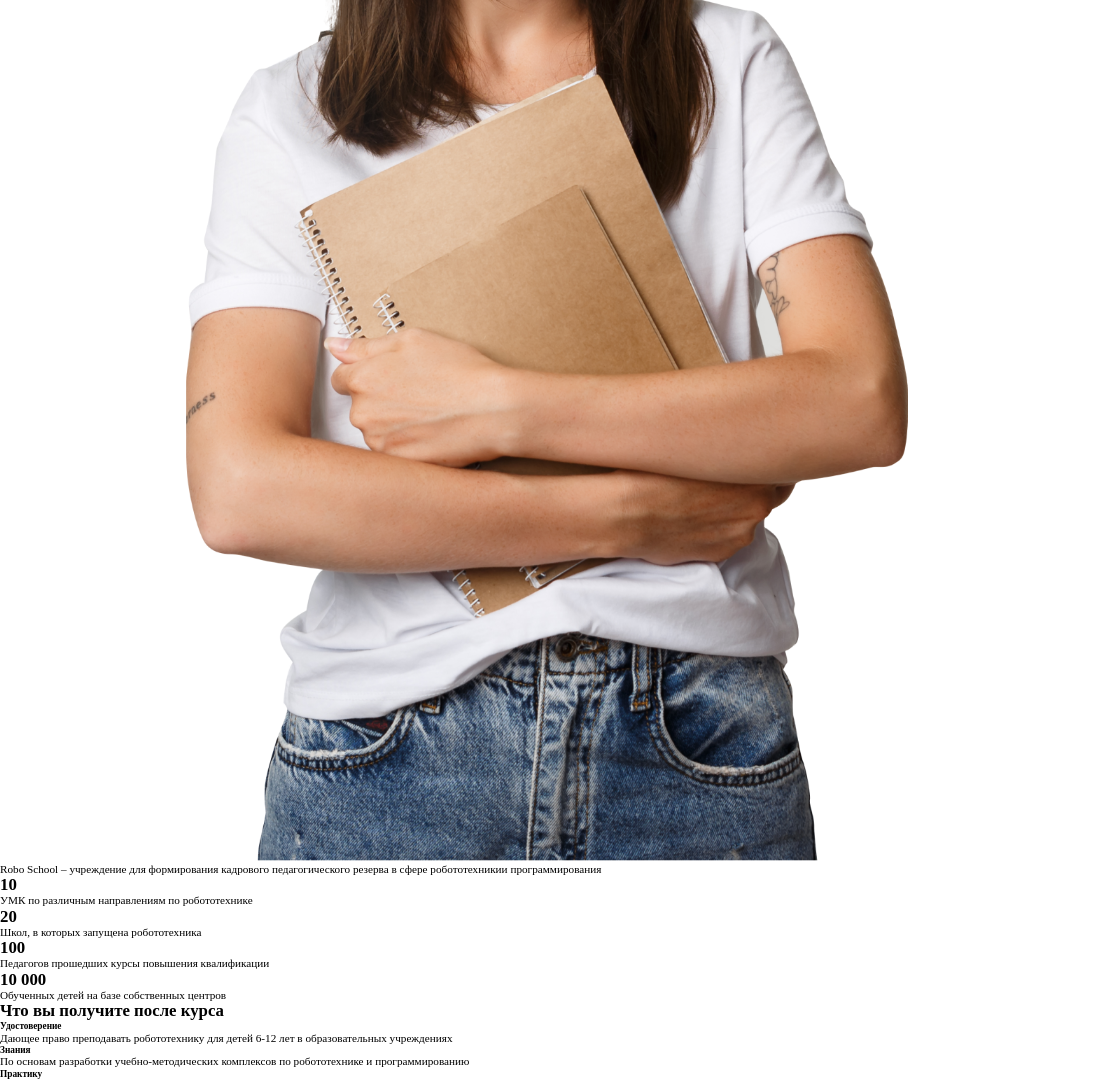
Repository: Shaiyr1/robo
Page: index.html
An editor plug-in stored every save of this project. The page is shown before and after a run of saves, followed by the edit.
The browser window is 1280 px wide. The page is 1566 px wide, so the pictures cover 1566 px, including what lies to the right of the window. The pictures show the part of the page from y = 760 to 2320 px (the page is 2302 px tall before and 2320 px after), at 70% of full size.

Above is the page before, as saved 2026-11-02 16:45:52.

After the next 2 saves:
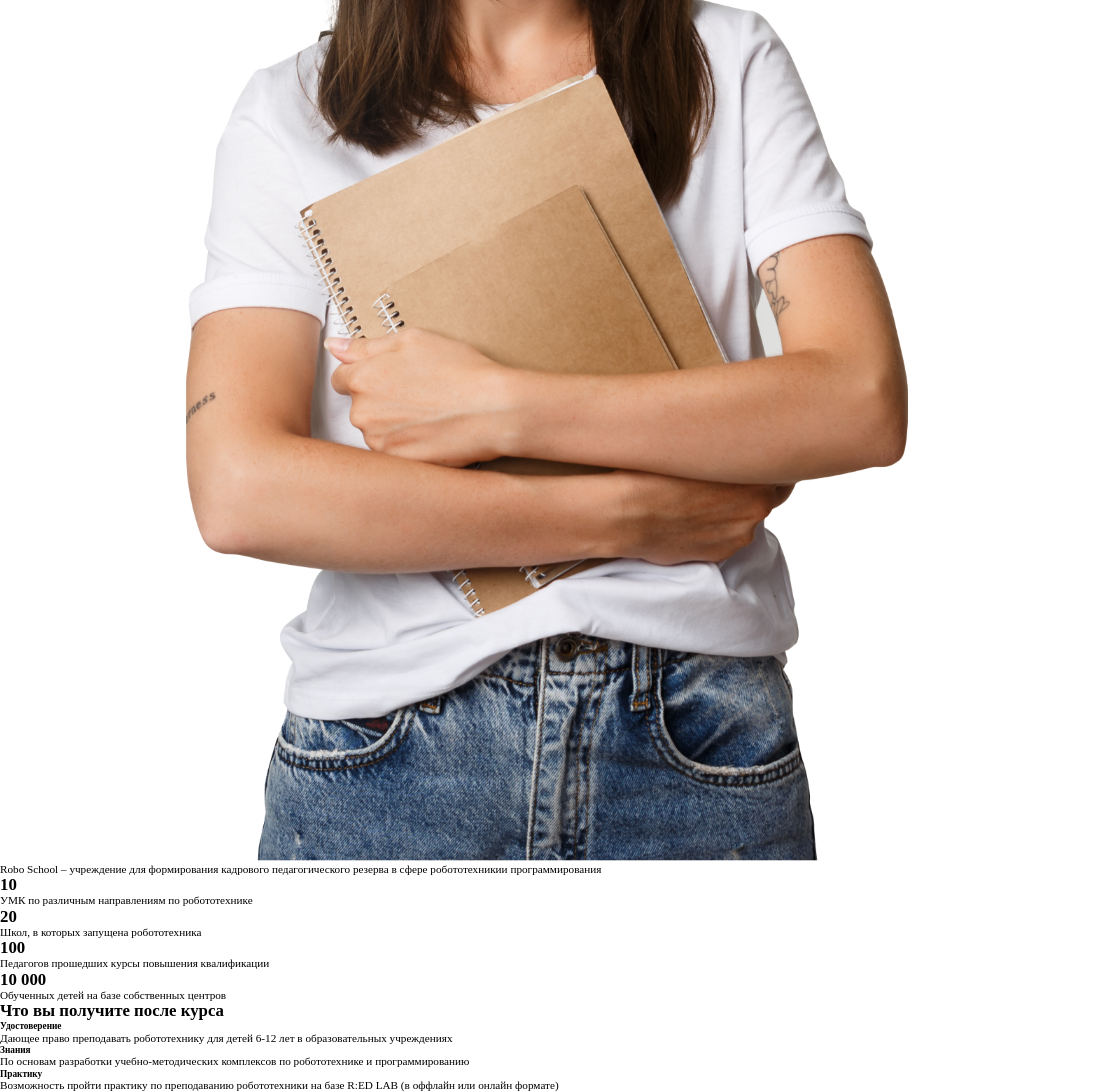
The 2 saves are shown as one change because they came seconds apart.
The last was saved 8 s later.
--- a/index.html
+++ b/index.html
@@ -93,7 +93,7 @@
                     <div class="result-block">
                         <h5 class="result-block__title">Практику</h5>
                         <p class="result-block__text">
-
+                            Возможность пройти практику по преподаванию робототехники на базе R:ED LAB (в оффлайн или онлайн формате)
                         </p>
                     </div>
                     <div class="result-block">
